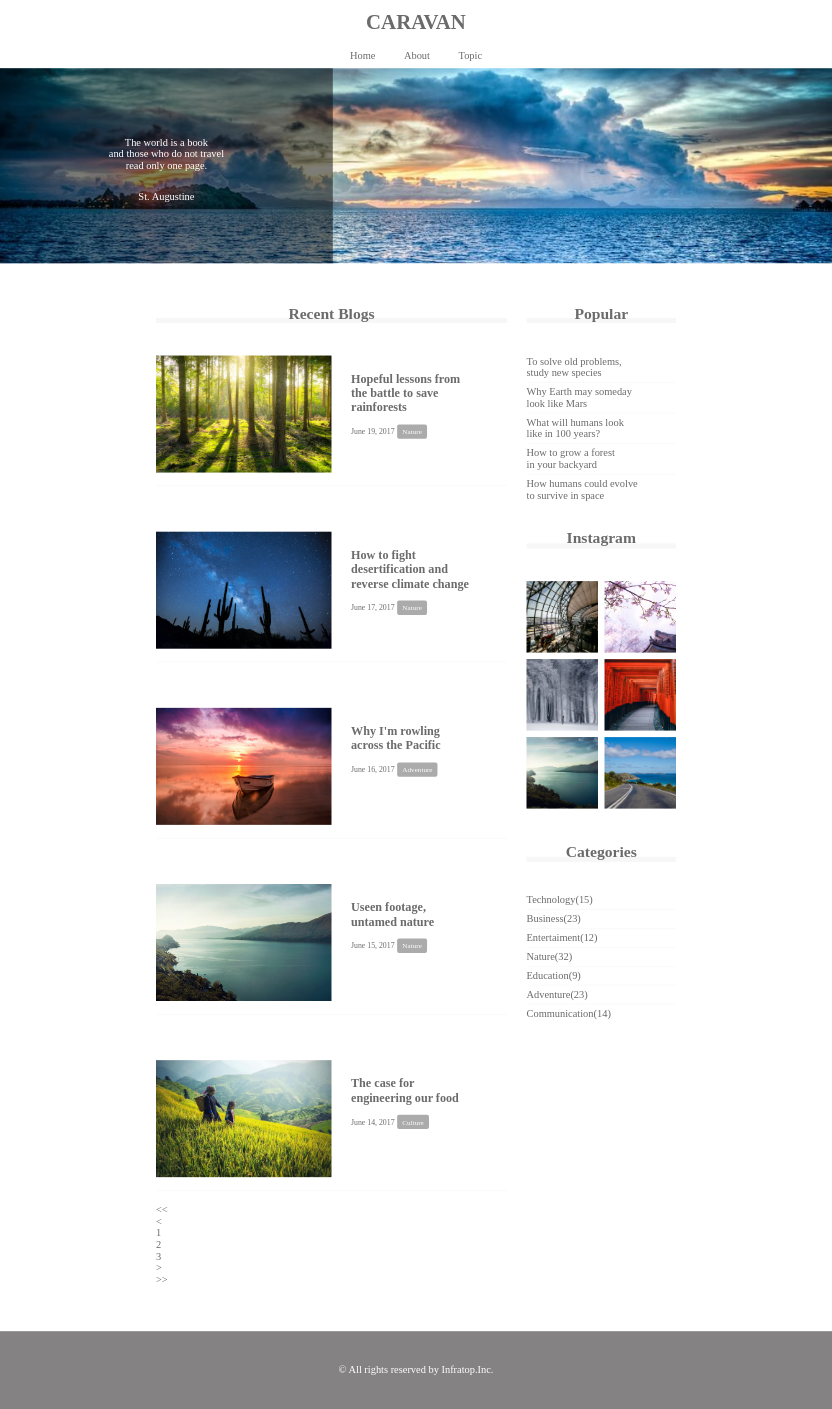
Repository: yukito7878/HTML-CSS-practice
Page: caravan/index8.html
The author's editor kept a record of every edit. The page is drawn from the files as they stood at one moment, then again after the next edit.
The browser window is 1280 px wide. The pictures show the whole page, at 65% of full size.

Above is the page before.

### caravan/index8.html
<!DOCTYPE html>
<html lang="ja">
  <head>
    <meta charset="UTF-8" />
    <!-- CSSファイルの読み込み -->
    <link rel="stylesheet" href="style8.css" />
    <title>CARAVAN</title>
  </head>

  <body>
    <!-- header -->
    <header>
      <h1 class="heading">
        <a href="index.html">
          CARAVAN
        </a>
      </h1>
    </header>

    <!-- navigation -->
    <nav>
      <ul class="nav-list">
        <li class="nav-list-item">
          <a href="index.html">Home</a>
        </li>
        <li class="nav-list-item">About</li>
        <li class="nav-list-item">Topic</li>
      </ul>
    </nav>

    <!-- main-visual用のdiv -->
    <div class="main-visual">
      <div class="main-visual-content">
        <p class="main-visual-text">
          The world is a book<br>
          and those who do not travel<br>
          read only one page.
        </p>
        <p class="main-visual-name">
          St. Augustine
        </p>
      </div>
    </div>

    <main>
      <section class="blog">
        <h2 class="blog-heading">Recent Blogs</h2>
        <div class="blog-box">
          <div class="blog-item">
            <img class="blog-image" src="img/forest.jpg">
            <section class="blog-text">
              <h3 class="blog-text-heading">
                <a href="single.html">
                  Hopeful lessons from<br>
                  the battle to save<br>
                  rainforests
                </a>
              </h3>
              <p class="blog-date">June 19, 2017</p>
              <span class="category">Nature</span>
            </section>
          </div>
        </div>

        <div class="blog-box">
          <div class="blog-item">
            <img class="blog-image" src="img/desert.jpg">
            <section class="blog-text">
              <h3 class="blog-text-heading">
                <a href="single.html">
                  How to fight<br>
                  desertification and <br>
                  reverse climate change
                </a>
              </h3>
              <p class="blog-date">June 17, 2017</p>
              <span class="category">Nature</span>
            </section>
          </div>
        </div>

        <div class="blog-box">
          <div class="blog-item">
            <img class="blog-image" src="img/sunset.jpg">
            <section class="blog-text">
              <h3 class="blog-text-heading">
                <a href="single.html">
                  Why I'm rowling<br>
                  across the Pacific
                </a>
              </h3>
              <p class="blog-date">June 16, 2017</p>
              <span class="category">Adventure</span>
            </section>
          </div>
        </div>

        <div class="blog-box">
          <div class="blog-item">
            <img class="blog-image" src="img/lake.jpg">
            <section class="blog-text">
              <h3 class="blog-text-heading">
                <a href="single.html">
                  Useen footage,<br>
                  untamed nature
                </a>
              </h3>
              <p class="blog-date">June 15, 2017</p>
              <span class="category">Nature</span>
            </section>
          </div>
        </div>

        <div class="blog-box">
          <div class="blog-item">
            <img class="blog-image" src="img/asia.jpg">
            <section class="blog-text">
              <h3 class="blog-text-heading">
                <a href="single.html">
                  The case for <br>
                  engineering our food
                </a>
              </h3>
              <p class="blog-date">June 14, 2017</p>
              <span class="category">Culture</span>
            </section>
          </div>
        </div>
        <div class="pagination">
          <p><<</p>
          <p><</p>
          <p>1</p>
          <p>2</p>
          <p>3</p>
          <p>></p>
          <p>>></p>
        </div>
      </section>
      <div class="sidebar">
        <section class="popular">
          <h2 class="popular-heading common-heading">Popular</h2>
          <div class="sidebar-contents">
            <p class="popular-text">To solve old problems,<br>study new species</p>
            <p class="popular-text">Why Earth may someday<br>look like Mars</p>
            <p class="popular-text">What will humans look<br>like in 100 years?</p>
            <p class="popular-text">How to grow a forest<br>in your backyard</p>
            <p class="popular-text">How humans could evolve<br>to survive in space</p>
          </div>
        </section>

        <section class="instagram">
          <h2 class="instagram-heading common-heading">Instagram</h2>
          <div class="sidebar-contents">
            <div class="instagram-box"></div>
            <div class="instagram-box"></div>
            <div class="instagram-box"></div>
            <div class="instagram-box"></div>
            <div class="instagram-box"></div>
            <div class="instagram-box"></div>
          </div>
        </section>

        <section class="categories">
          <h2 class="categories-heading common-heading">Categories</h2>
          <div class="sidebar-contents">
            <p class="categories-text">Technology(15)</p>
            <p class="categories-text">Business(23)</p>
            <p class="categories-text">Entertaiment(12)</p>
            <p class="categories-text">Nature(32)</p>
            <p class="categories-text">Education(9)</p>
            <p class="categories-text">Adventure(23)</p>
            <p class="categories-text">Communication(14)</p>
          </div>
        </section>
      </div>

    </main>

    <!-- footer -->
    <footer>
      <p class="footer-text">© All rights reserved by Infratop.Inc.</p>
    </footer>
  </body>
</html>

### caravan/style8.css
/* ブラウザがそれぞれ持っているCSSをリセットするための記述 */
* {
  margin: 0;
  padding: 0;
  box-sizing: border-box;
  color: #6c6b6b;
}

a {
  text-decoration: none;
}

header {
  width: 90%; /* 横幅90% */
  padding: 15px 0;
  margin: 0 auto;
  text-align: center;
}

header .heading {
  /* headerタグ内のheadingクラスにのみ反映される */
  font-size: 32px;
}

.nav-list {
  text-align: center;
  padding: 10px 0;
  margin: 0 auto;
}

.nav-list-item {
  list-style: none;
  display: inline-block;
  margin: 0 20px;
}

.main-visual {
  width: 100%; /* 横幅いっぱい */
  height: 300px; /* 高さ300px */
  background-image: url(img/mv.jpg);
  background-size: cover; /* 縦横比を維持したまま背景領域を埋め尽くす */
  background-position: center; /* 背景画像を中央に配置 */
}

.main-visual-content {
  width: 40%; /* 横幅40% */
  height: 300px; /* 親の高さに揃える */
  background-color: rgba(0, 0, 0, 0.5); /* 背景色を半透明の黒にする */
  text-align: center; /* 文字を中央揃えにする */
  padding-top: 105px; /* 上側の内側余白で垂直方向の位置を調整 */
}

.main-visual-text {
  color: #fff; /* 文字色を白に変更 */
}

.main-visual-name {
  margin-top: 30px; /* 上側の外側の余白 */
  color: #fff; /* 文字色を白に変更 */
}

main{
  width: 800px;
  display: flex;
  justify-content: center;
  margin: 0 auto;
  padding: 70px 0;
}

.blog {
  width: 540px;
  margin-right: 30px;
}

.blog-heading{
  border-bottom: 8px solid #f7f7f7;
  text-align: center;
  line-height: 0.6;
}

.blog-box{
  padding: 50px 0 0 0 ;
}

.blog-item{
  padding-bottom: 20px;
  margin-bottom: 20px;
  border-bottom: 1px solid #f7f7f7;
  display: flex;
  justify-content: flex-start;
}

.blog-image{
  width: 50%;
  height: 180px;
  object-fit: cover;
}

.blog-text{
  padding: 25px 0 0 30px;
}

.blog-text-heading{
  padding: 0 0 15px 0;
}

.blog-date{
  font-size: 12px;
  display: inline-block;
}
.category{
  display: inline-block;
  padding: 5px 8px;
  background-color: #acabab;
  border-radius: 3px;
  color: #fff;
  font-size: 11px;
}

.sidebar {
  width: 230px;
}

footer {
  width: 100%;
  height: 120px;
  text-align: center;
  line-height: 120px;
  background-color: #848282;
}

.footer-text {
  color: #fff;
}

.category{
  display: inline-block;
  padding: 5px 8px;
  background-color: #acabab;
  border-radius: 3px;
  color: #fff;
  font-size: 11px;
}

.sidebar{
  width: 230px;
}

.common-heading{
  border-bottom: 8px solid #f7f7f7;
  text-align: center;
  line-height: 0.6;
}

.sidebar-contents{
  padding: 50px 0;
}

.popular-text, .categories-text{
  padding-bottom: 5px;
  border-bottom: 1px solid #f7f7f7;
  margin-bottom: 5px;
}

.popular-text:last-child, .categories-text:last-child{
  margin:0;
  padding: 0;
  border: none;
}

.instagram .sidebar-contents{
  display: flex;
  flex-wrap: wrap;
}

.instagram-box{
  width: 110px;
  padding-top: 110px;
  background-size: cover;
  background-position: center;
  margin-bottom: 10px;
}

.instagram-box:nth-child(odd){
  margin: 0 10px 10px 0;
}
.instagram-box:nth-child(1){
  background-image: url(img/airport.jpg);
}
.instagram-box:nth-child(2){
  background-image: url(img/japan.jpg);
}
.instagram-box:nth-child(3){
  background-image: url(img/snow.jpg);
}
.instagram-box:nth-child(4){
  background-image: url(img/japan2.jpg);
}
.instagram-box:nth-child(5){
  background-image: url(img/lake.jpg);
}
.instagram-box:nth-child(6){
  background-image: url(img/road.jpg);
}

After the next edit:
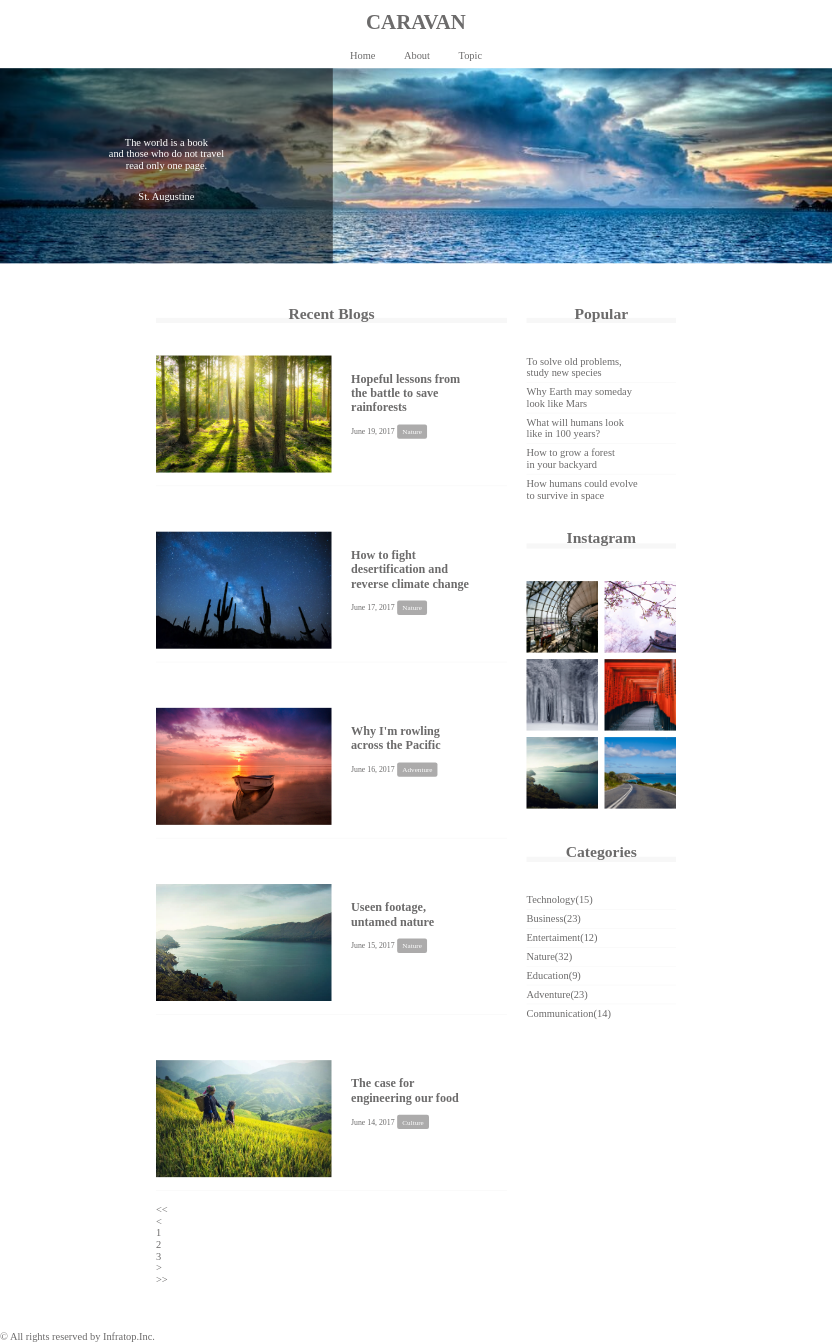
The edit:
--- a/caravan/style8.css
+++ b/caravan/style8.css
@@ -121,18 +121,6 @@
   width: 230px;
 }
 
-footer {
-  width: 100%;
-  height: 120px;
-  text-align: center;
-  line-height: 120px;
-  background-color: #848282;
-}
-
-.footer-text {
-  color: #fff;
-}
-
 .category{
   display: inline-block;
   padding: 5px 8px;

After the edit that followed:
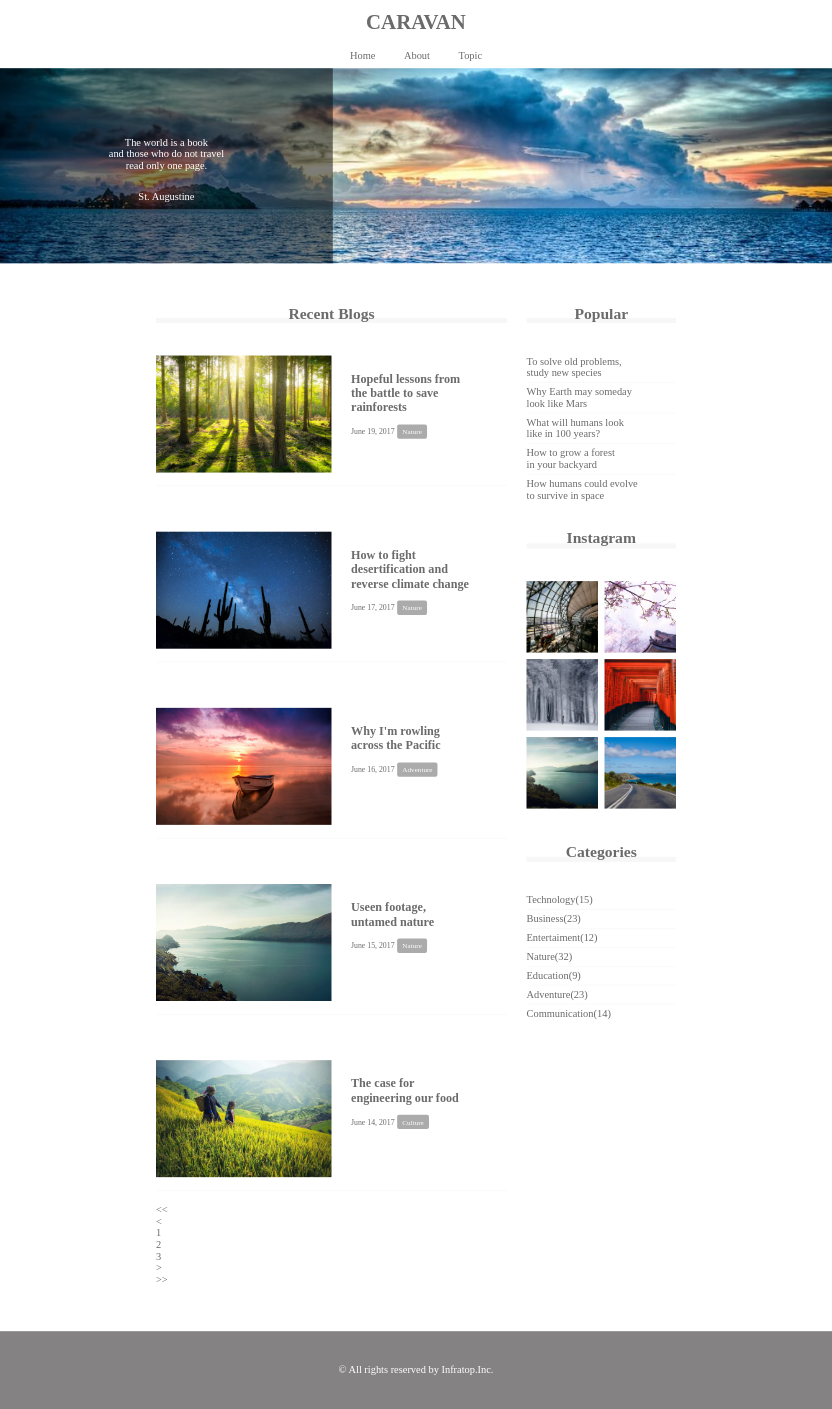
The edit:
--- a/caravan/style8.css
+++ b/caravan/style8.css
@@ -190,3 +190,15 @@
 .instagram-box:nth-child(6){
   background-image: url(img/road.jpg);
 }
+
+footer {
+  width: 100%;
+  height: 120px;
+  text-align: center;
+  line-height: 120px;
+  background-color: #848282;
+}
+
+.footer-text {
+  color: #fff;
+}
